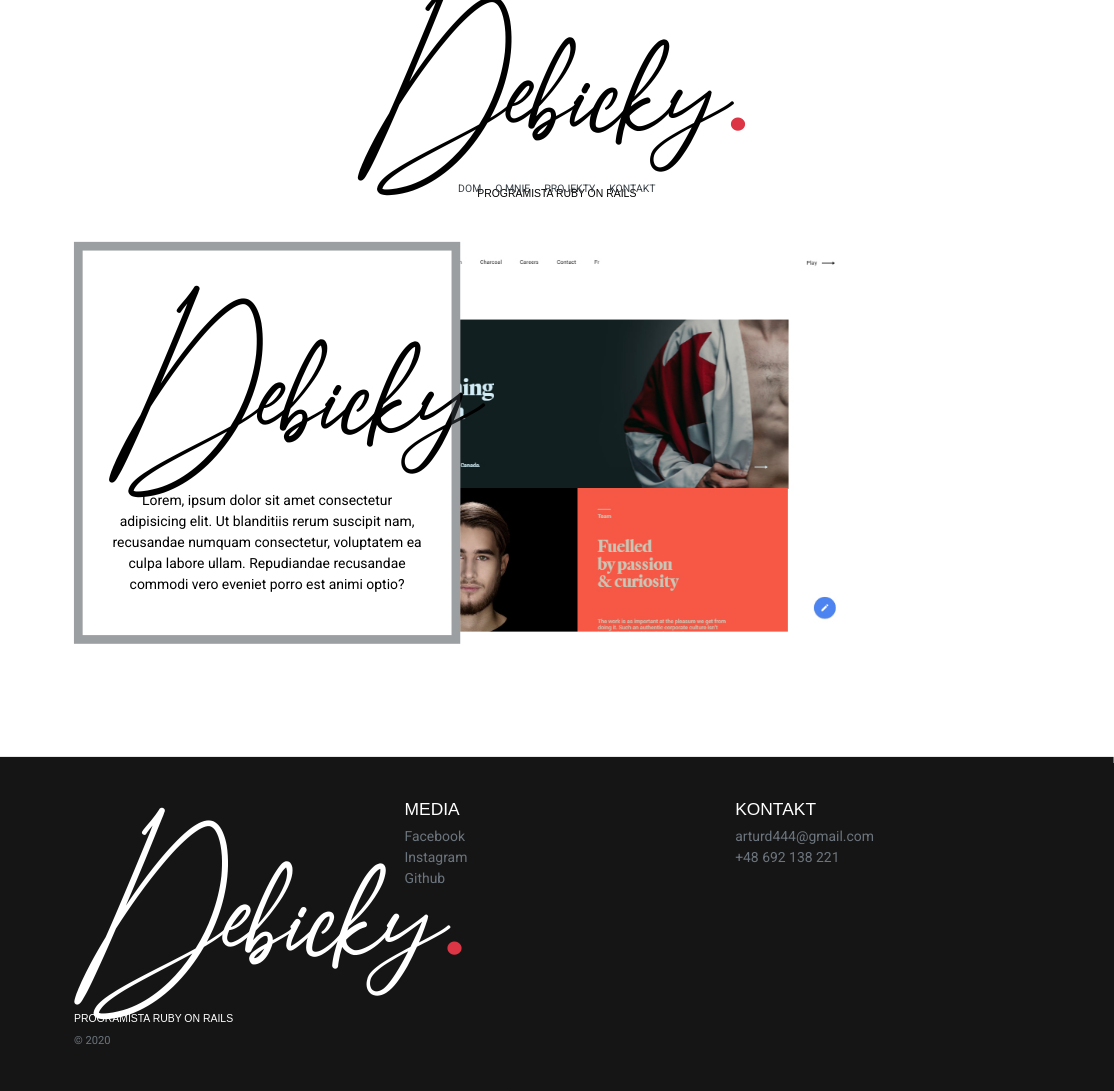
Repository: debicky/debicky.github.io
Page: index.html
The author's editor kept a copy of each file at every save. The page is drawn from the files as they stood at one save, then again after the next save.
The browser window is 1280 px wide. The pictures show the whole page, at 87% of full size.
Some web fonts or font styles are not loaded; a fallback is used. Some web libraries are served in a nearby version.

Above is the page before, as saved 2020-06-10 11:17:37.

After the next save:
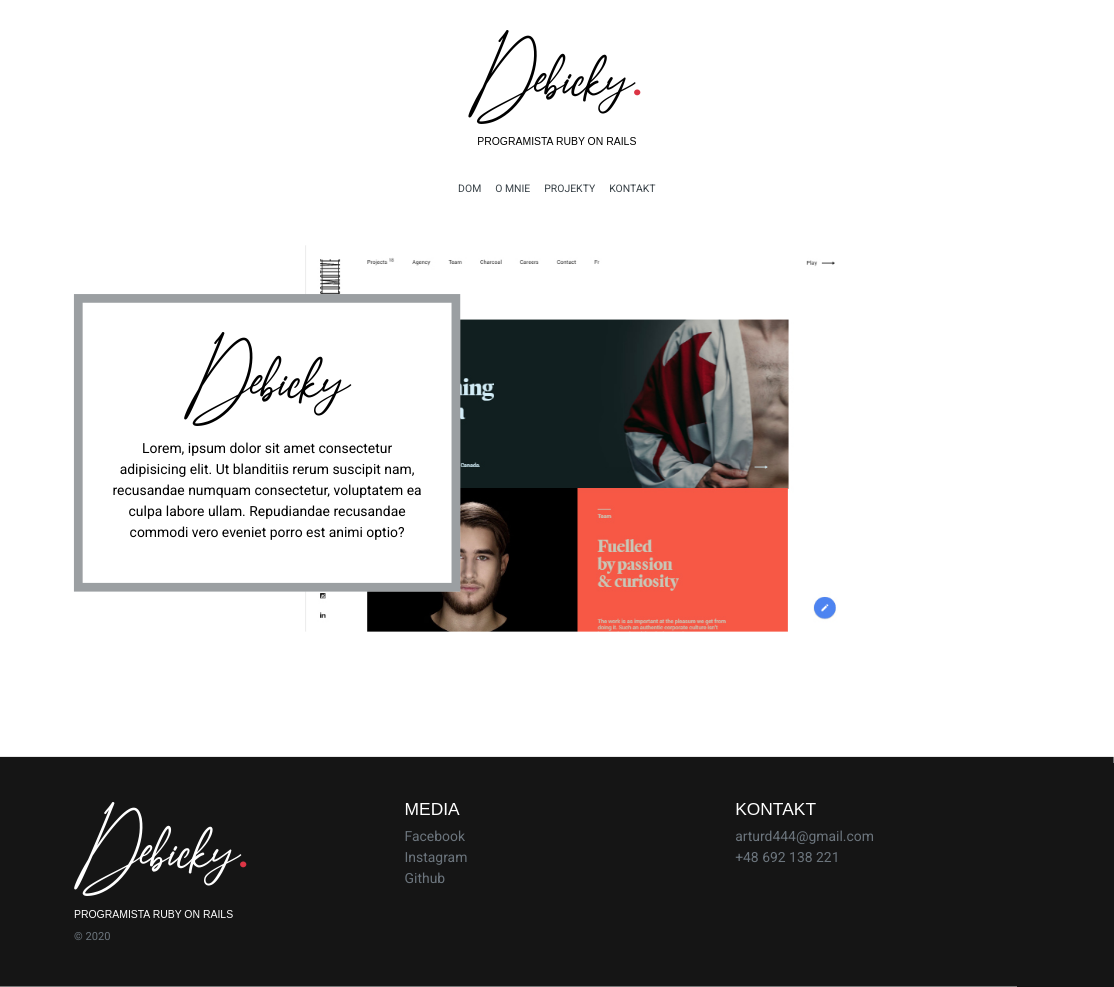
Saved 15 s later.
--- a/styles.css
+++ b/styles.css
@@ -32,7 +32,7 @@ header{
 
 .signature-heading{
   font-family: 'AmostelySignature', cursive;
-  font-size: 180px;
+  font-size: 80px;
   margin-bottom: 30px;
 }
 
